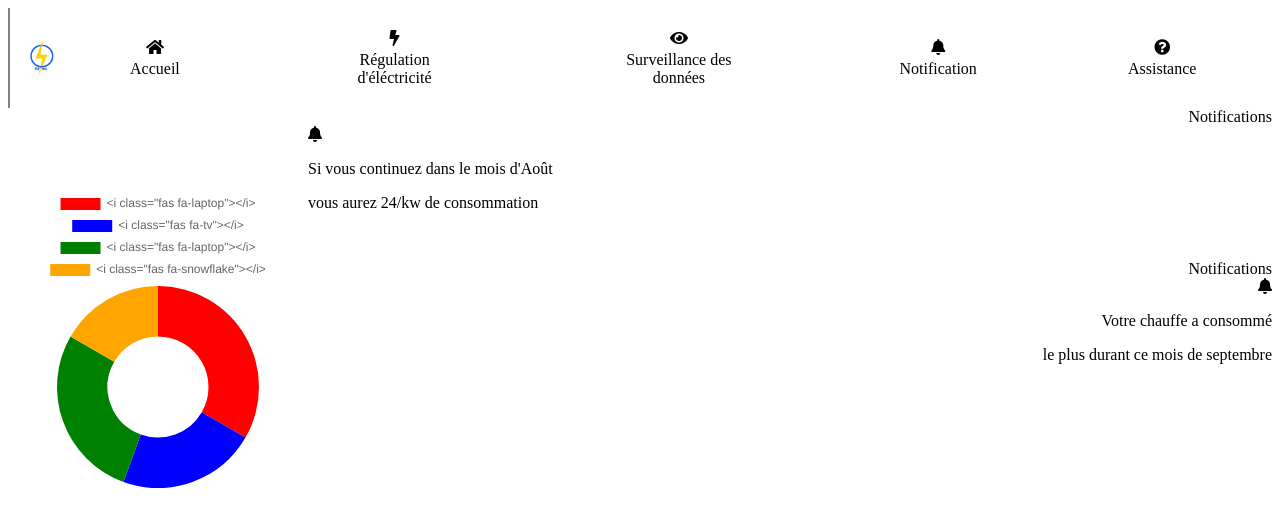
Repository: hamdia200/OSC-Ecowiz
Page: http://localhost/accueil
The author's editor kept a copy of each file at every save. The page is drawn from the files as they stood at one save, then again after the next save.
The browser window is 1280 px wide. The pictures show the whole page.
The page is served by the project's Laravel application, run on PHP 8.4 with Laravel 10. Other server files are loaded and not shown.

Above is the page before, as saved 2023-08-18 13:35:51.

### routes/web.php
<?php

use Illuminate\Support\Facades\Route;

/*
|--------------------------------------------------------------------------
| Web Routes
|--------------------------------------------------------------------------
|
| Here is where you can register web routes for your application. These
| routes are loaded by the RouteServiceProvider and all of them will
| be assigned to the "web" middleware group. Make something great!
|
*/

Route::get('/', function () {
    return view('welcome');
});

Route::get('/centrale', function () {
    return view('centrale');
});
Route::get('/accueil', function () {
    return view('accueil');
});
Route::get('/inscription', function () {
    return view('inscription');
});
Route::get('/login', function () {
    return view('login');
});
Route::get('/regulation', function () {
    return view('regulation');
});

### resources/views/accueil.blade.php
@extends ("menu")
@section('content')
<div class="container">
<meta charset="UTF-8">
    <meta name="viewport" content="width=device-width, initial-scale=1.0">
    <link rel="stylesheet" href="https://cdnjs.cloudflare.com/ajax/libs/font-awesome/5.15.3/css/all.min.css">
    <script src="https://cdn.jsdelivr.net/npm/chart.js"></script>
    <title>Accueil</title>
    <style>
        .notifications1{
            margin-top: 3rem;
            text-align: right;
        }

        .content{
            margin-top: 5rem;
            height: auto;
            float: left;
        }
        .notifications2{
            text-align: right;
            margin-top: 3rem;
        }

        .row{
            margin-inline: auto;

        }

        .alert{
            text-align:right;
        }

    </style>
    <body>
        <div class="row">
                <div class="col-md-6">
                    <div class="row">
                        <div class="col-xl-3">
                            <div class="content">
                                <canvas id="myCustomChart"></canvas>
                            </div>

                        </div>

                    </div>

                </div>

                <div class="row">
                    <div class="col-xl-3">
                        <div class="notifications-container">
                                <div class="alert">Notifications</div>
                                <i class="fas fa-bell"></i>
                                <p> Si vous continuez dans le mois d'Août </p> <p> vous aurez 24/kw de consommation </p>

                            <div class="notifications2">
                                <div>Notifications</div>
                                <i class="fas fa-bell"></i>
                                    <p> Votre chauffe a consommé </p> <p> le plus durant ce mois de septembre </p>
                            </div>
                        </div>
                    </div>
                </div>


                <script>
                    var ctx = document.getElementById('myCustomChart').getContext('2d');
                    var data = {
                        labels: ['<i class="fas fa-laptop"></i>', '<i class="fas fa-tv"></i>', '<i class="fas fa-laptop"></i>', '<i class="fas fa-snowflake"></i>'],
                        datasets: [{
                            data: [30, 20, 25, 15],
                            backgroundColor: [
                                'red',
                                'blue',
                                'green',
                                'orange'
                            ],
                                // hoverBackgroundColor: [
                                // 'url(chemin_vers_image_appareil_1)',
                                // 'url(chemin_vers_image_appareil_2)',
                                // 'url(chemin_vers_image_appareil_3)',
                                // 'url(chemin_vers_image_appareil_4)'
                                // ],
                                borderWidth: 0,
                                hoverBorderWidth: 0
                        }],
                    };

                    var options = {
                        responsive: true,
                        maintainAspectRatio: false,

                    };

                    var myChart = new Chart(ctx, {
                        type: 'doughnut',
                        data: data,
                        options: options,
                    });
                </script>
        </div>
    </body>

    </html>
</div>
@endsection

### resources/views/menu.blade.php
<!DOCTYPE html>
<html>
    <head>
        <meta charset="UTF-8">
        <meta name="viewport" content="width=device-width, initial-scale=1.0">
        <link rel="stylesheet" href="{{asset('bootstrap-5/css/bootstrap.min.css')}}">
        <link rel="stylesheet" href="{{asset('icofont/icofont.min.css')}}">
        <link rel="stylesheet" href="https://cdnjs.cloudflare.com/ajax/libs/font-awesome/5.15.3/css/all.min.css">

        <title>menu</title>
        <style>
        .menu-horizontal {
            list-style-type: none;
            display: flex;
            align-items: center; /* Aligne les éléments au centre horizontalement */
            padding: 0;
            margin: 0;
            border-left: 2px solid gray;
            border-top: none;
            background-color: white;
            height:100px;
        }

        .menu-horizontal li{
            margin: 0 2cm;
            padding: 0;
        }

        .menu-item {
            display: flex;
            flex-direction: column;
            align-items: center;
            justify-content: center;
            border-left: 2p;
        }

        .menu-icon {
            width: 50px;
            height: 50px;
        }

        .menu-text {
            font-size: 16px;
            margin-top: 5px;
            text-align: center;
        }
        .logo {
            padding-left: 20px;
            height: 35px;
        }
        </style>
    </head>

    <body>
        <header>
                <ul class="menu-horizontal fixed-top">
                    <div class="header">
                        <img src="{{asset('/image/ecow.png')}}" alt="" class="logo">
                    </div>
                    <li>
                        <span class="menu-item">
                            <!-- <img src="{{asset('image/elect.png') }}" alt="Icone 1" class="menu-icon"> -->
                            <i class="fas fa-home"></i><span class="menu-text">Accueil</span>
                        </span>
                    </li>
                    <li>
                        <span class="menu-item">
                            <!-- <img src="{{asset('image/donnee.png') }}" alt="Icone 1" class="menu-icon"> -->
                            <i class="fas fa-bolt"></i><span class="menu-text">Régulation d'éléctricité </span>
                        </span>
                    </li>

                    <li>
                        <span class="menu-item">
                            <!-- <img src="{{asset('image/donnee.png') }}" alt="Icone 1" class="menu-icon"> -->
                            <i class="fas fa-eye"></i><span class="menu-text">Surveillance des données </span>
                        </span>
                    </li>
                    <li>
                        <span class="menu-item">
                            <!-- <img src="{{asset('image/sup.png') }}" alt="Icone 1" class="menu-icon"> -->
                            <i class="fas fa-bell"></i><span class="menu-text">Notification</span>
                        </span>
                    </li>
                    <li>
                        <span class="menu-item">
                            <!-- <img src="{{asset('image/assist.png') }}" alt="Icone 1" class="menu-icon"> -->
                            <i class="fas fa-question-circle"></i><span class="menu-text">Assistance</span>
                        </span>
                    </li>
                </ul>

        </header>
        <div class="container">
                @yield('content')
        </div>

    </body>


</html>

After the next save:
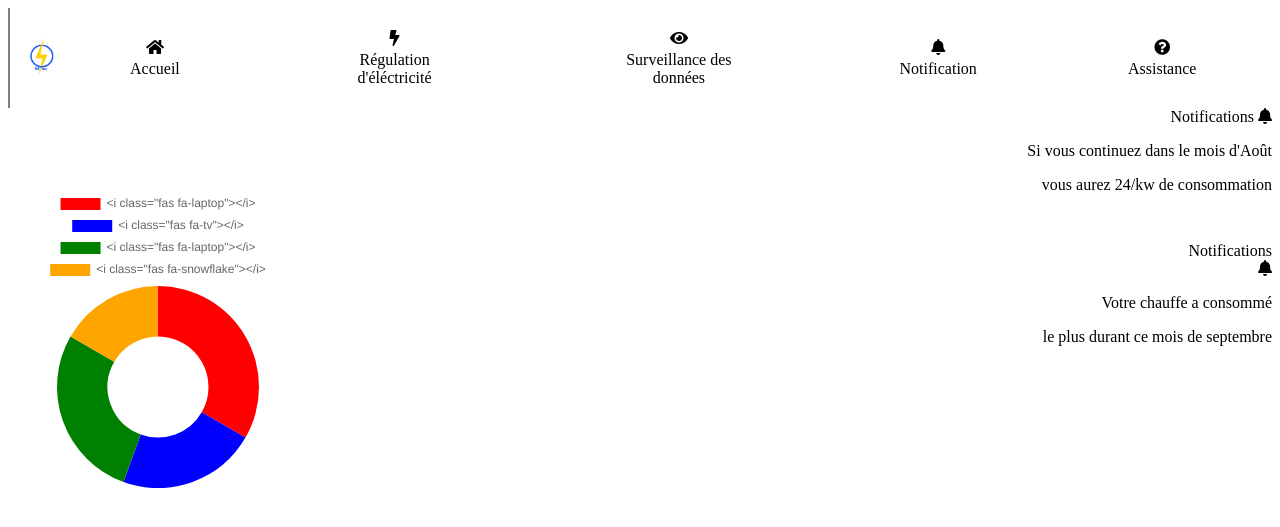
Saved 70 s later.
--- a/resources/views/accueil.blade.php
+++ b/resources/views/accueil.blade.php
@@ -50,7 +50,7 @@
                 <div class="row">
                     <div class="col-xl-3">
                         <div class="notifications-container">
-                                <div class="alert">Notifications</div>
+                                <div class="alert">Notifications
                                 <i class="fas fa-bell"></i>
                                 <p> Si vous continuez dans le mois d'Août </p> <p> vous aurez 24/kw de consommation </p>
 
